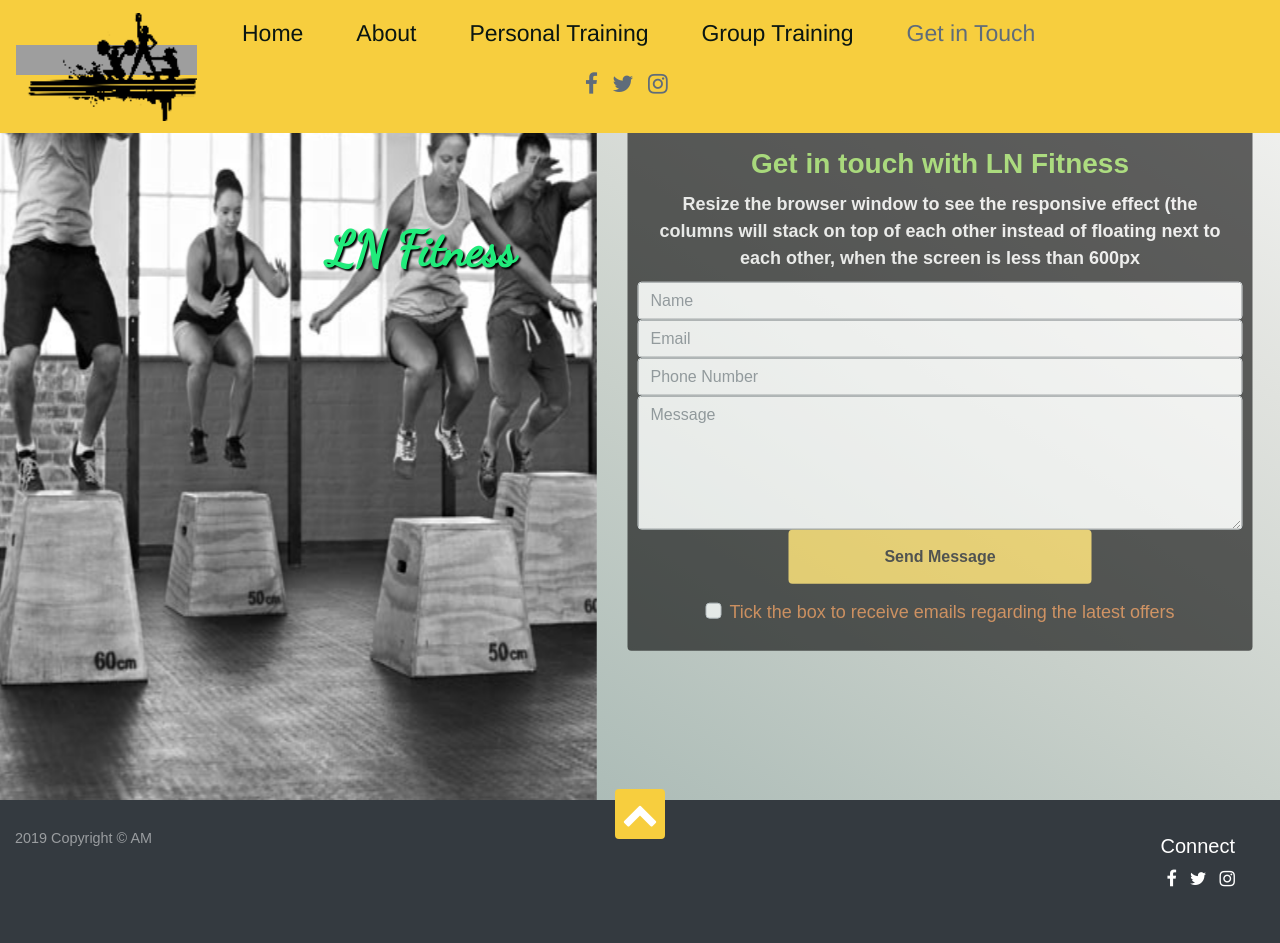
Repository: murphya14/Fitness-webpage
Page: get-in-touch.html
The author's editor kept a record of every edit. The page is drawn from the files as they stood at one moment, then again after the next edit.
The browser window is 1280 px wide. The pictures show the whole page.
Pictures or frames that could not be fetched are drawn as grey boxes. Some web libraries are served in a nearby version.

Above is the page before.

### get-in-touch.html
<!DOCTYPE html>
<html lang="en">

<head>
  <meta charset="UTF-8">
  <meta name="viewport" content="width=device-width, initial-scale=1.0">
  <meta http-equiv="X-UA-Compatible" content="ie=edge">
  <link rel="stylesheet" href="https://stackpath.bootstrapcdn.com/bootstrap/4.3.1/css/bootstrap.min.css" <link rel="stylesheet" href="https://stackpath.bootstrapcdn.com/font-awesome/4.7.0/css/font-awesome.min.css" type="text/css" />
  <link rel="stylesheet" href="assets/css/style.css" />
  <link rel="shortcut icon" type="image/x-icon" href="assets/favicon.ico">
  <link rel="stylesheet" href="https://cdnjs.cloudflare.com/ajax/libs/font-awesome/4.7.0/css/font-awesome.min.css">
  <link rel="stylesheet" type="text/css" href="//fonts.googleapis.com/css?family=Dancing+Script" />
   <script src="https://code.jquery.com/jquery-3.2.1.slim.min.js" integrity="sha384-KJ3o2DKtIkvYIK3UENzmM7KCkRr/rE9/Qpg6aAZGJwFDMVNA/GpGFF93hXpG5KkN" crossorigin="anonymous"></script>
  <title>Home</title>
</head>

<body>



  <header>
    <!-- Logo and Nav bar-->
    <!-- Used help from Stack overflow: https://stackoverflow.com/questions/23949804/how-to-change-link-color-bootstrap-->


    <nav class=" container-fliud navbar navbar-expand-lg navbar-custom  fixed-top navbar-light topnav">
      <div><a class="logo " href="index.html">
          <img src="assets/images/logo.png" alt="logo">
        </a></div>


      <div>
        <div>
          <ul class="nav justify-content-center container-fluid">

            <li class="nav-item">
              <a class="nav-link" href="index.html">Home</a>
            </li>
            <li class="nav-item ">
              <a class="nav-link" href="about.html">About</a>
            </li>
            <li class="nav-item  ">
              <a class="nav-link" href="personal-training.html">Personal Training</a>
              <li class="nav-item ">
                <a class="nav-link" href="group-training.html">Group Training</a>
              </li>
              <li class="nav-item ">
                <a class="nav-link" id="active" href="get-in-touch.html">Get in Touch</a>
              </li>
          </ul>

        </div>
        <!-- Select menu for Nav bar for smaller devices-->

        <select id="select">
    <option value="index.html" >Home</option>
    <option value="about.html" >About</option>
    <option value="personal-training.html">Personal Training</option>
    <option value="group-training" >Group Training</option>
    <option value="get-in-touch" selected="selected">Get in Touch</option>
  </select>

        <!-- Social links-->

        <div class="row no-gutters">
          <div class="col">

            <div class="nav-link">

              <ul class="list-inline social-links">
                <li class="list-inline-item">
                  <a target="_blank" href="#">
                            <i class="fa fa-facebook" aria-hidden="true"></i>
                            <span class="sr-only">Facebook</span>
                        </a>
                </li>
                <li class="list-inline-item">
                  <a target="_blank" href="#">
                            <i class="fa fa-twitter" aria-hidden="true"></i>
                            <span class="sr-only">Twitter</span>
                        </a>
                </li>


                <li class="list-inline-item">
                  <a target="_blank" href="#">
                            <i class="fa fa-instagram" aria-hidden="true"></i>
                            <span class="sr-only">Instagram</span>
                        </a>
                </li>

              </ul>
            </div>
          </div>
        </div>

    </nav>


  </header>

  <!-- Container for main image -->

 <section class="section">


   <div class="container-fluid justify-content-center">

 <div class="row no-gutters justify-content-center ">

  <div class="column col-md-6 main-image-contact image">
          <img src="assets/images/get-in-touch.jpg" alt="Jumping group">

          <h2 class="image-text">LN Fitness</h2>
  </div>
  <!-- Content for section -->

<div class="column col-md-6 col-sm-12 contact-box">
   <div class="transbox">
    <h3 class="box-heading section-heading"> Get in touch with LN Fitness </h3>
          <p>
        Resize the browser window to see the responsive effect (the columns will stack on top of each other instead of floating next to each other, when the screen is less than 600px


      </p>
    <div class="center-form" >
      <form autocomplete="off">
              <input type="text" name="name" id="fullname" class="form-control" placeholder="Name" required />
                        <input type="email" name="email" id="emailaddress" class="form-control" placeholder="Email" required />
                        <input type="phonenumber" name="phonenumber" id="phonenumber" class="form-control" placeholder="Phone Number" required />
                        <textarea rows="5" name="Message" id="message" class="form-control" placeholder="Message" required></textarea>
                        <div class="form-row text-center">
                            <div class="col">
                                <button type="submit" class="btn">Send Message</button>
                            </div>
        </form>
        </div>
        <div class="row justify-content-center">
      <div class="custom-control custom-checkbox">
  <input type="checkbox" class="custom-control-input" id="customCheck1">
  <label class="custom-control-label" for="customCheck1">Tick the box to receive emails regarding the latest offers</label>
</div>
</div>
  </div>
</div>
</div>
</div>


  </section>




  <!-- footer-->


  <footer id="footer" class="container-fluid py-4 bg-dark text-white-50">
    <div class="row">
      <div class="col-sm-4 text-footer">
        <small>2019 Copyright &copy; AM</small></div>

       <div class="col-sm-4 "><a href="#top" id="button"></a></div>


      <div class="col-sm-4">

        <!-- footer social media links-->
        <div class="footer-link">
          <h5 class="uppercase general-sub">Connect</h5>
          <ul class="list-inline social-links">
            <li class="list-inline-item">
              <a target="_blank" href="#">
                            <i class="fa fa-facebook" aria-hidden="true"></i>
                            <span class="sr-only">Facebook</span>
                        </a>
            </li>
            <li class="list-inline-item">
              <a target="_blank" href="#">
                            <i class="fa fa-twitter" aria-hidden="true"></i>
                            <span class="sr-only">Twitter</span>
                        </a>
            </li>


            <li class="list-inline-item">
              <a target="_blank" href="#">
                            <i class="fa fa-instagram" aria-hidden="true"></i>
                            <span class="sr-only">Instagram</span>
                        </a>
            </li>

          </ul>
        </div>

      </div>

  </footer>




</body>

</html>

### assets/css/style.css
/*----------------------------------------------- Colours*/

.nav-link {
    color: #00ccff;
}

#active {
    color: #5F6C7A;
}

.navbar {
    background:#f7ce3e;

}


li a:hover {
    color: #f7ce3e;
}

/*--------------------------------------------- General*/

body {font-size: 18px;
    font-family: "arial", sans-serif;
    margin: 0; padding: 0; overflow-x:hidden;
}

.center {
  display: block;
  margin-left: auto;
  margin-right: auto;
  width: 50%;
}


.inline-block {
    display: inline-block;
}









col-lg-12 {
           text-align:center;
}

 col-lg-4{
 display:inline-block;
 float: none;
}





/*--------------------------------------------- Nav bar*/

nav ul {

    display: block;
    font-size: 23px;
    font-weight: 700;




}

.nav-link {font-family: Helvetica, Arial, sans-serif;}

    .nav-item {
        margin-left: 40px;
        position:relative;
         }

.logo {
    position: static;
    background: url("../images/rosie.jpg");
    background-position: center;
    background-repeat: no-repeat;
    margin-right:0px;
    padding-top: 10px;
    padding-left: 10px;
    min-height: 100px;
    transition: all .5s ease-in-out;
    -moz-transition: all .5s ease-in-out;
    -webkit-transition: all .5s ease-in-out;
    height: 10%;
    width: 25%;
}

.header {
    position: fixed;
    top: 0;
    left: 0;
    right: 0;
    background-color: #e84610;
    padding: 15px 15px;

}

nav select {
    display: none;
    background-color: #77C9D4;
    color: white;
    border: 1px solid #778899;
   position: relative;
   cursor: pointer;
   top: 100%;
  left: 0;
  right: 0;
  z-index: 99;
  width: 30px;

}

#select {color: #f7ce3e;
    background-color: #5F6C7A;
}


.nav-link
{color: #0A1612;
text-align: center;
padding: 8px;
    margin-right: 0;
    display: block;

    font-size:33;
    font-weight: 500;
    padding-left: 5px;
      transition: all 0.35s ease-in-out;
    -moz-transition: all 0.35s ease-in-out;
    -webkit-transition: all 0.35s ease-in-out;
    -o-transition: all 0.35s ease-in-out;
    max-width:100%;

}
/*-------------------------Social links*/
nav a {color:#5F6C7A;}

nav a:hover {
    color: white;
}

/*-------------------------------------------Section*/

/*-------------------------Section Image*/

.main-image {max-width:100%;
    height:100%;
    padding-left:0;
    padding-right:0;
    position: relative;
    transform: translate(-5%, +10%);
    margin: 0;


}



.image-text {
   position: absolute;
   top: 250px;
   left: 70%;
   width: 100%;
   color:#21EB7B;
   font-family: "Dancing Script";
   font-size: 48px;
   font-variant: normal;
   font-weight: 700;
   line-height: 26.4px;
   text-shadow: 2px 2px 2px #000;
    transform: translate(-50%, -50%);
 }


/*------------------Index.html*/

/*------------------https://mycolor.space/gradient?ori=to+right+top&hex=%2395ABAA&hex2=%23F6F6F5&sub=1*/
 .section {background-image: linear-gradient(to right top, #95abaa, #aebdb8, #c8d0ca, #e0e2de, #f6f6f5);
  text-align: center;
  max-width:100%;
  overflow:hidden;

 }

.section-heading {color: #D2691E;
            text-align: center;
            margin-top:100px;
}

.section-p {padding:12px;
margin:10px;
    padding-bottom: 50px;
;
color: #708090;
text-align: center;
 max-width:100%;
 font-weight: 600;

}

.section-p-about {padding:15px;
    text-align: center;
     width:100%;
     margin:10px;
     margin-bottom: 40px;}



.free-link {text-align: center;
    font-weight: 700;
    background-color: #5F6C7A;
    font:white;
    padding:15px;
    margin:15px;
    border-radius:15px;
      display:block;
  bottom: 5px;

  transition: background-color .3s;
  z-index: 1000;
  position: relative;
   left: 55%;
   transform: translate(-50%,-50%);


}

.section-link {color:white;
 width:120px;


}


.section a:hover {color:#f7ce3e;
text-decoration:none;

}

/*------------------About.html*/


/* With help from https://www.w3schools.com/css/tryit.asp?filename=trycss_transparency*/

div.transbox {
  margin: 50px;
  border-radius: 4px;
  background-color: black;
  opacity: 0.6;
  filter: alpha(opacity=60);
  padding: 10px;

  width:100%;
  height:100%;
 position:relative;
 transform: translateY(-10%);
 border: 20px;

}




.content{margin: auto;
display: flex;
justify-content: center;
align-items: center;
resize: both;
padding-top: 0px !important;

}


div.transbox p, ol {
  margin: 10px;
  font-weight: bold;
  color: #F5F4F4;
}



.box-heading {font-weight:700;
color:#87D63E;}


/*------------------personal-training.html*/

.col-md-10 {transform: translate(+5%,0);}

.transbox-testimony {height:100%;
padding-top: 5%;

}

.highlight {color:#D2691E;
    padding:0;
    margin:0;
}




/*------------------group-trainig.html*/

iframe {margin-bottom: 40px;}


/*------------------get-in-touch.html*/


  .row {
  display: flex;
}

.column {
  flex: 50%;
}

.main-image-contact {transform: translate(-5%,0%);
width:100%;
margin:0;

}

.contact-box {
 padding-top:40px;
  height:100%;
 position:relative;
 transform: translateX(-10%);



}

.box-heading {padding-top:20px;}

.btn {

  color: black;
  font-weight:700;
  padding: 15px 20px;
  border: none;
  cursor: pointer;
  background-color:#f7ce3e;
 width:50%;
}

.btn:hover {
  opacity: 1;
  background-color:#D2691E ;
  color: white;
}

.center-form {opacity:1;
   }

.custom-checkbox {margin: 15px;
color:#D2691E;}



/*--------------------------------------------- footer*/

#button {
  text-align: center;
  display: inline-block;
  background-color: #f7ce3e;
  width: 50px;

  border-radius: 4px;
  bottom: 10px;
  right: 30px;
  transition: background-color .3s;
  z-index: 1000;
  position: relative;
   left: 50%;

     transform: translate(-50%,-50%);


}


#button:hover {
  cursor: pointer;
  background-color: #333;
}
#button:active {
  background-color: #555;
}

#button::after {
  content: "\f077";
  font-family: FontAwesome;
  font-weight: normal;
  font-style: normal;
  font-size: 2em;
  line-height: 50px;
  color: #fff;
}

.footer-link
{color: white;
text-align: right;

    float: none;
    padding-bottom: 10px;
    padding-right: 30px;
    padding-top:10px;
    font-size:33;
    font-weight: 500;
    padding-left: 5px;
      transition: all 0.35s ease-in-out;
    -moz-transition: all 0.35s ease-in-out;
    -webkit-transition: all 0.35s ease-in-out;
    -o-transition: all 0.35s ease-in-out;

}

footer a {color:white;}

 footer  a:hover {
    color: #f7ce3e;
}

.text-footer {float: left;
padding-bottom: 5px;
text-align: left;

}

#footer { min-height: 120px;

    margin: 0;
    padding: 15px;
    max-width:100%;}



/*------------- Responsive design*/

/* Extra small devices (phones, 600px and down) */


@media only screen and (max-width:600px) {

/*------------------------------------- Changing the menu to a select bar for smaller screens*/

    nav select {
        display: inline-block;
        width: 55%;
        height: 25%;
          border-radius: 4px;
        position: left;
    }
    .nav-item {
        display: none;
    }
    .logo {
        position: right;
        height: 80%;
    }
     .column {
    width: 100%;
  }

  .navbar {position: relative;}





.text-footer {margin-top: 30px;}

.mobile-link {
    margin: 40px;
    margin-right: 100px;
    padding-bottom: 10px;
}

.timetable-link {
     transform: translate(-50%, 0);
    margin-top: 40px;}



    .logo {
        position: right;
        height: 80%;
    }
     .column {
    width: 100%;
    height:100%;
  }

  .navbar {position: relative;}

   .main-image img {display:none;}

  .image-text {
  margin: 0;
  position: absolute;
  top: 50%;
  left: 50%;
  transform: translate(-50%, 60%);}

footer #button {position:relative;
   top:-150%;
}



iframe {display:none;}



section img {display:none;}


.box { transform: translate(-15%, 0);
    padding:10px;
}

.free-link { transform: translate(-75%, 0);
    margin:40px;
}

.timetable-link { transform: translate(-65%, 0);
      margin:30px;
}


.contact-box{
margin: 10px;
padding-top: 10px;
transform: translate(-15%, -20%);

}


}


/* Medium devices (landscape tablets, 768px and up) */

@media only screen and (min-width: 768px){
.section-p-about {  transform: translate(25%, 0);}


.timetable-link {margin:300px;
    margin-top:50px;
    width: 50%;
}
iframe {margin-left: 50px;}

.box { margin:30px;
    padding:10px;
}


 iframe, .box {transform: translate(-5%, 0);}


 .free-link {transform: translate(-70%, -10%);}


 .mobile-only {display:none;}

}


@media only screen and (max-width: 768px){

 .contact-box {
 padding-top:200px;}




.timetable-link {transform: translate(-200%, -10%);}

.main-image-contact {display:none;}

}
/* Large devices (laptops/desktops, 992px and up) */

@media only screen and (max-width: 992px) {

.mobile-only {display:none;}



}
/* Medium/large devices  (Ipad Pro, 1024px and up) */

@media only screen and (max-width: 1024px) {

.main-image-contact {display:none;}

.contact-box{
margin:180px;
transform: translate(-15%, 0%);
padding:40px;

}


}

/* Extra large devices (large laptops and desktops, 1200px and up) */

@media only screen and (min-width: 1200px) {

 .mobile-only {display:none;}

 .timetable-link {transform: translate(-130%, -10%);}


.transbox {transform: translate(10%, 0);}

.contact-box {
 padding-top:30px;
  height:100%;
 position:relative;
 transform: translateX(-10%);
 column-span: all;
margin-bottom: 0;
margin-top:0;
float:right;


}
}

After the next edit:
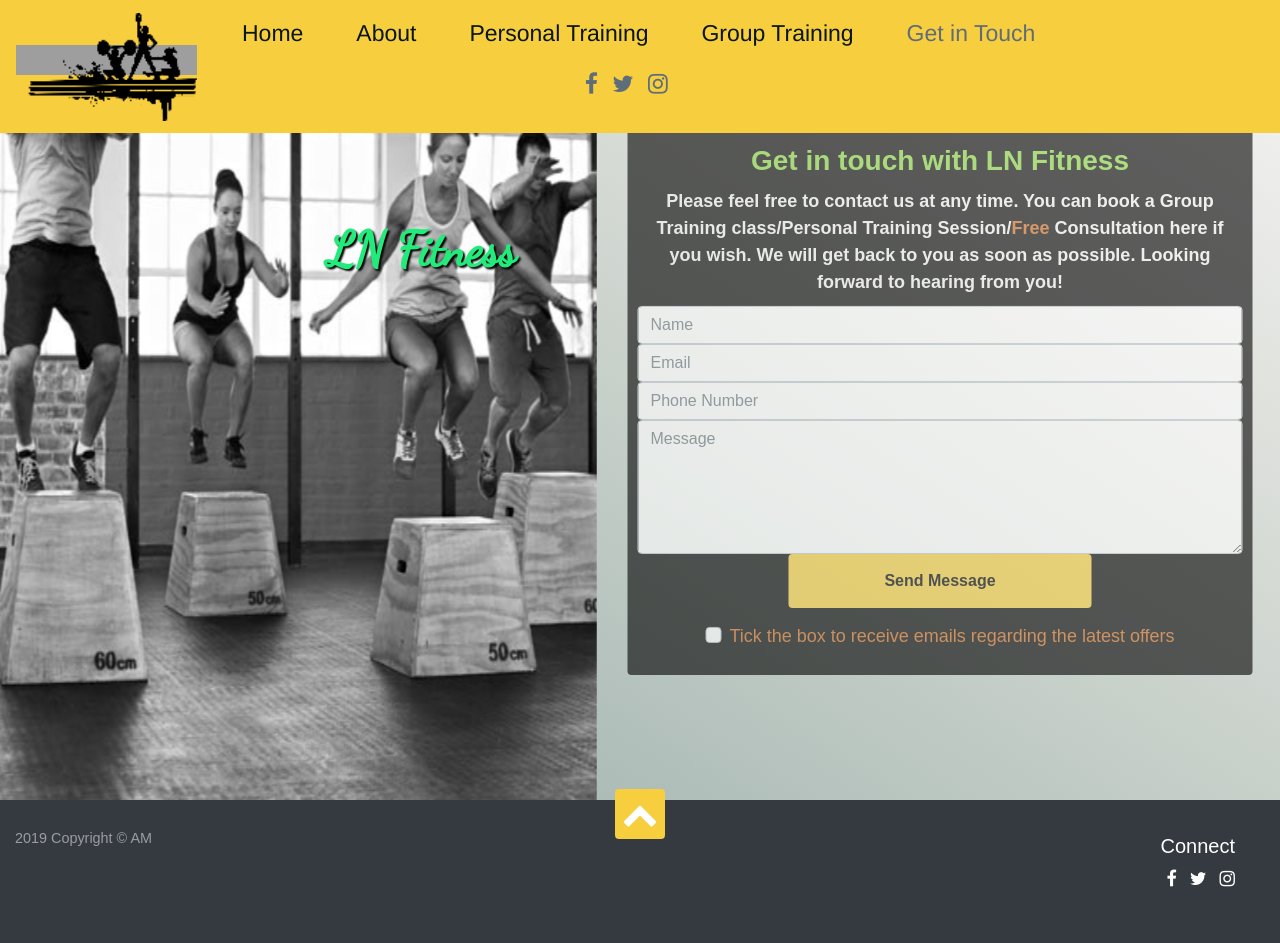
The edit:
--- a/get-in-touch.html
+++ b/get-in-touch.html
@@ -119,7 +119,8 @@
    <div class="transbox">
     <h3 class="box-heading section-heading"> Get in touch with LN Fitness </h3>
           <p>
-        Resize the browser window to see the responsive effect (the columns will stack on top of each other instead of floating next to each other, when the screen is less than 600px
+       Please feel free to contact us at any time. You can book a Group Training class/Personal Training Session/<span class="highlight">Free</span> Consultation here if you wish. We will get back to you as soon as possible.
+       Looking forward to hearing from you!
 
 
       </p>
